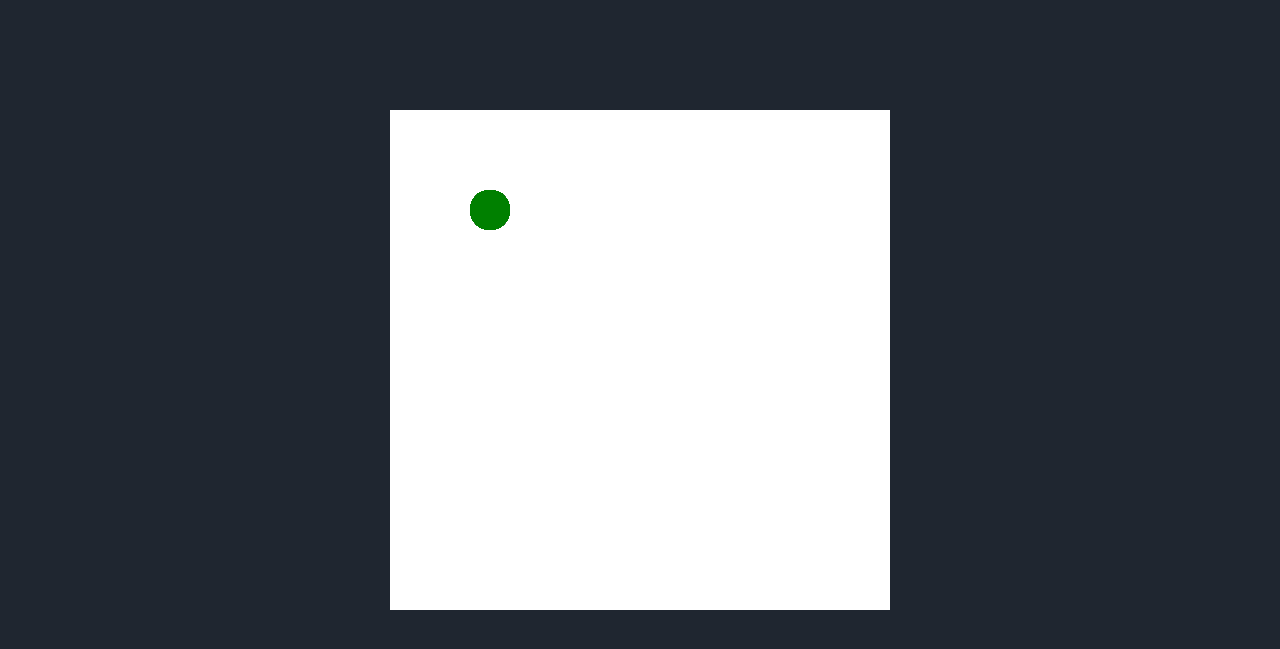
Repository: thecodeholic/cst-javascript-course
Page: /
An editor plug-in stored every save of this project. The page is shown before and after the next save, followed by the edit.
The browser window is 1280 px wide. The pictures show the whole page.
The project was rebuilt for these pictures with package versions that can differ from the ones it lists, and the page was loaded fresh each time.

Above is the page before, as saved 2020-11-25 10:16:15.

After the next save:
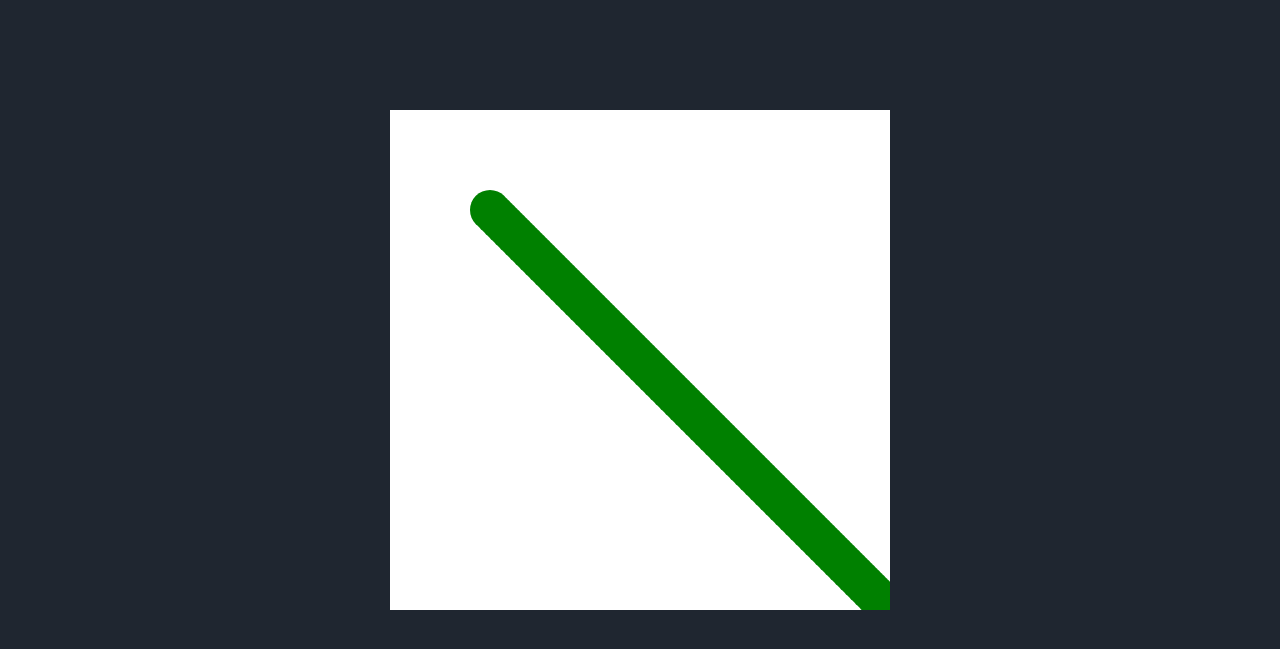
Saved 85 s later.
--- a/app.js
+++ b/app.js
@@ -84,14 +84,19 @@ const ball = {
     speed: 5
 };
 
-
-function update() {
-    console.log("123");
+function drawBall() {
     ctx.beginPath();
     ctx.arc(ball.x, ball.y, ball.r, 0, 2 * Math.PI);
     ctx.fillStyle = 'green'
     ctx.fill();
 
+    ball.x += ball.speed;
+    ball.y += ball.speed;
+}
+
+function update() {
+    drawBall();
+
     requestAnimationFrame(update);
 }
 
